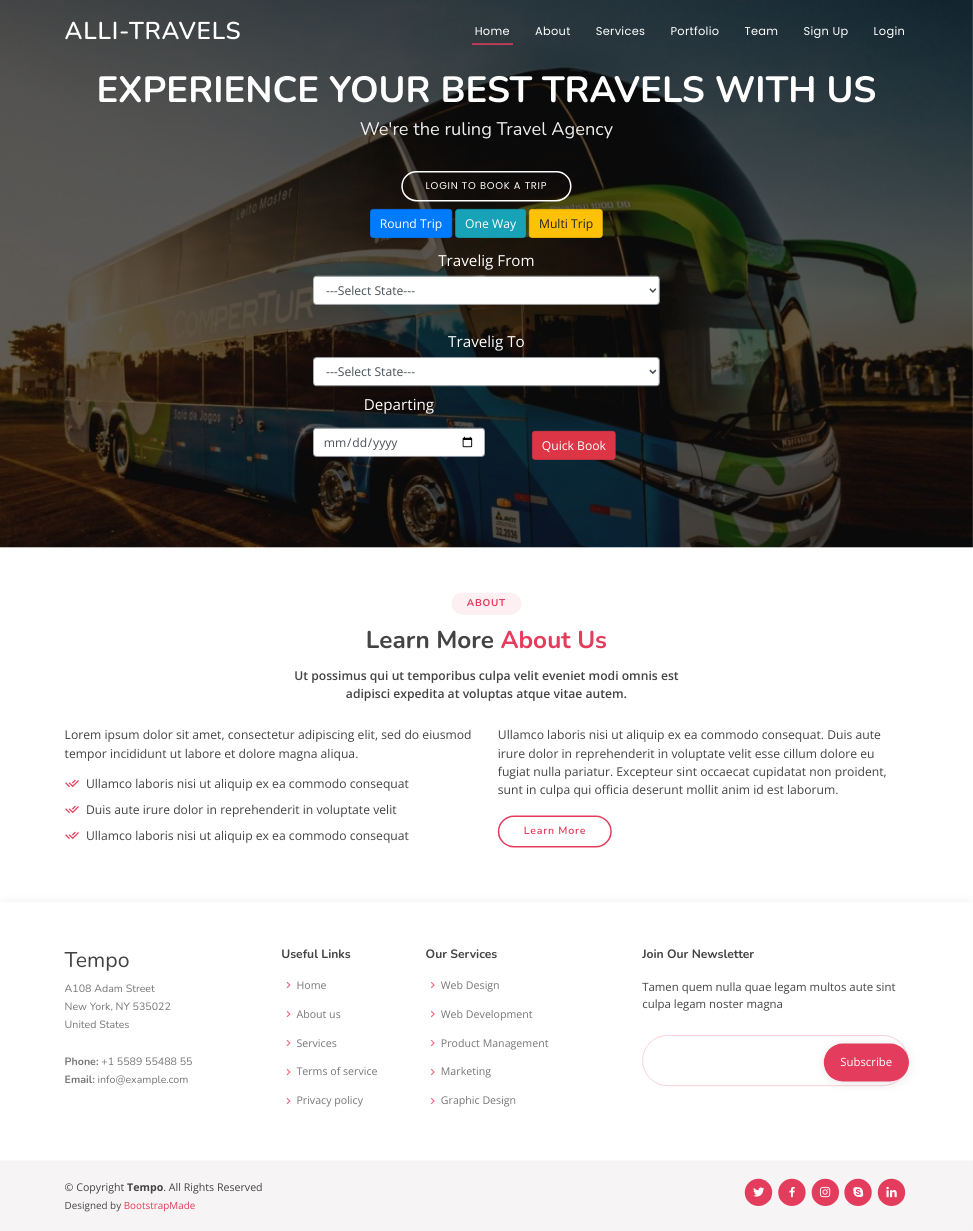
Repository: yazshrilld/Transport_Booking_system
Page: http://localhost/Transport_Project/admin/pindex.php
An editor plug-in stored every save of this project. The page is shown before and after a run of saves, followed by the edit.
The browser window is 1280 px wide. The pictures show the whole page, at 76% of full size.
Backgrounds fixed to the window are drawn as part of the page. The page is run by PHP 8.4 with error messages shown; the project is at /var/www/html/. The database holds what the project's SQL file puts in it.

Above is the page before, as saved 2021-01-24 03:31:33.

After the next 2 saves:
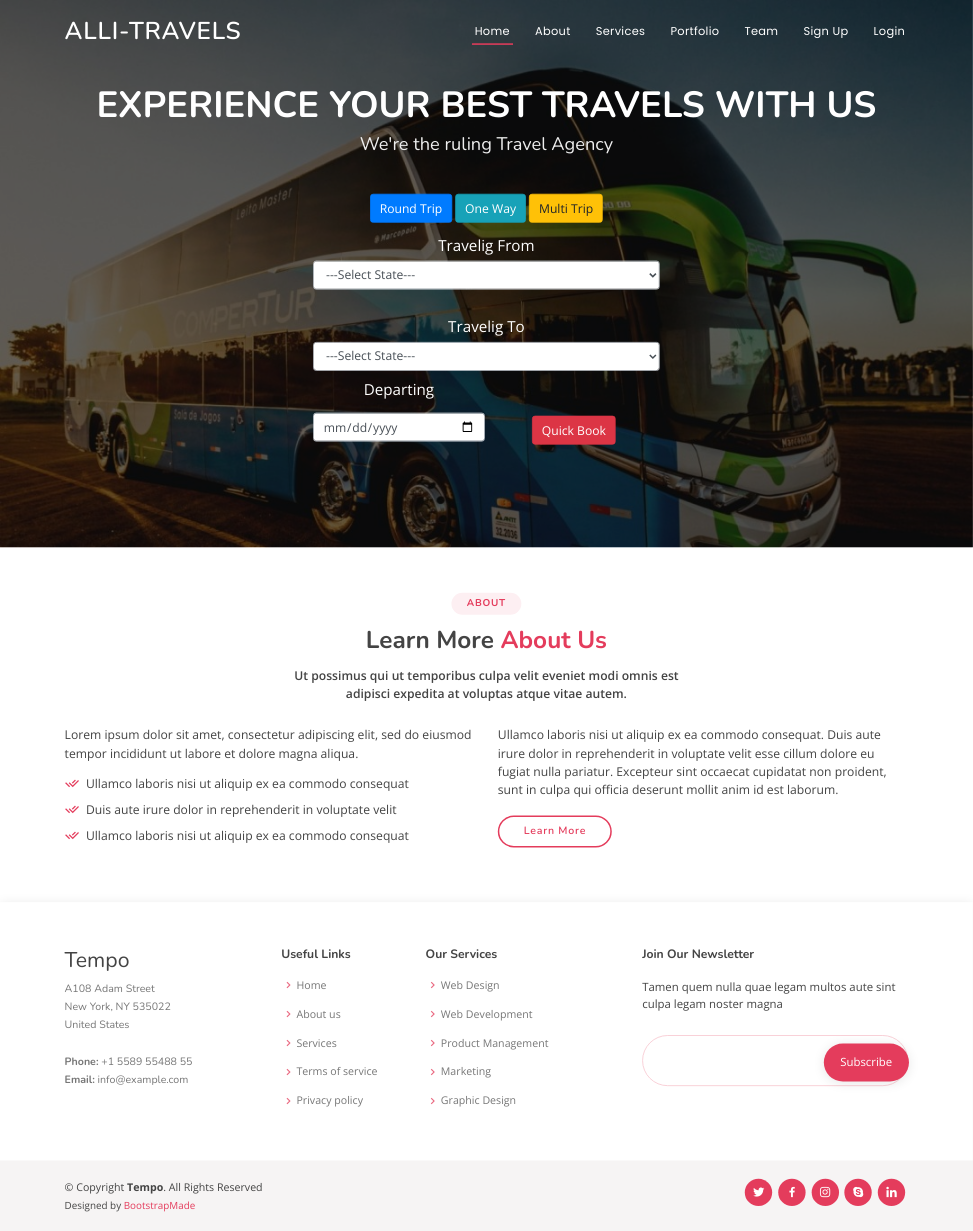
The 2 saves are shown as one change because they came seconds apart.
The last was saved 32 s later.
--- a/admin/pindex.php
+++ b/admin/pindex.php
@@ -49,15 +49,6 @@ $connection=mysqli_connect("localhost","root","","transport_project");
     <div class="hero-container">
       <h1>Experience your best travels with us</h1>
       <h2>We're the ruling Travel Agency</h2>
-	    <?php if(isset($_SESSION['login_user'])==true) {?>
-        <a href="booking.php" class="btn-get-started scrollto">Book A Trip</a>
-      <?php
-       } else{
-      ?>
-        <a href="user_login.php" class="btn-get-started scrollto">Login To Book A Trip</a>
-      <?php
-       }
-       ?>
 	  <form class="booking-form-box" method="POST" action="booking_1.php">
 		  <div class="booking-form-box">
 		    <div class="travel_btn">
